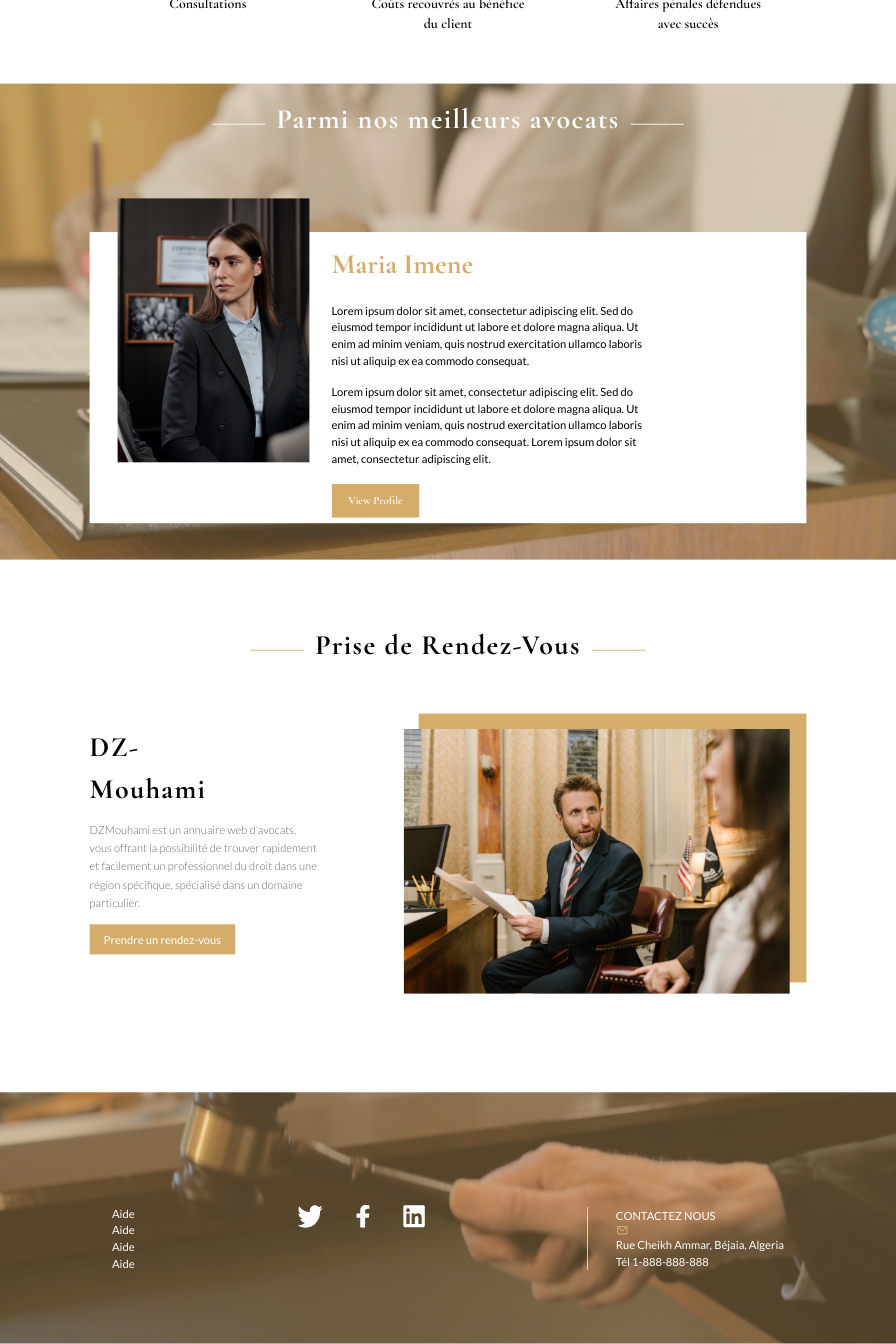
Repository: Chekrouba-Tinhinane/Mohami_dz
Page: / (app in client/)
An editor plug-in stored every save of this project. The page is shown before and after the next save, followed by the edit.
The browser window is 1280 px wide. The pictures show the part of the page from y = 2348 to 4268 px (the page is 4268 px tall), at 70% of full size.
The project was rebuilt for these pictures with package versions that can differ from the ones it lists, and the page was loaded fresh each time. Also part of the build but not shown: client/vite.config.js, client/src/SignIn.jsx, client/src/components/Selector.jsx, client/src/components/SearchContainer.jsx, client/src/Search.jsx, client/src/components/super/HomeLayout.jsx, client/src/components/Profile.jsx.

Above is the page before, as saved 2024-01-25 18:09:47.

After the next save:
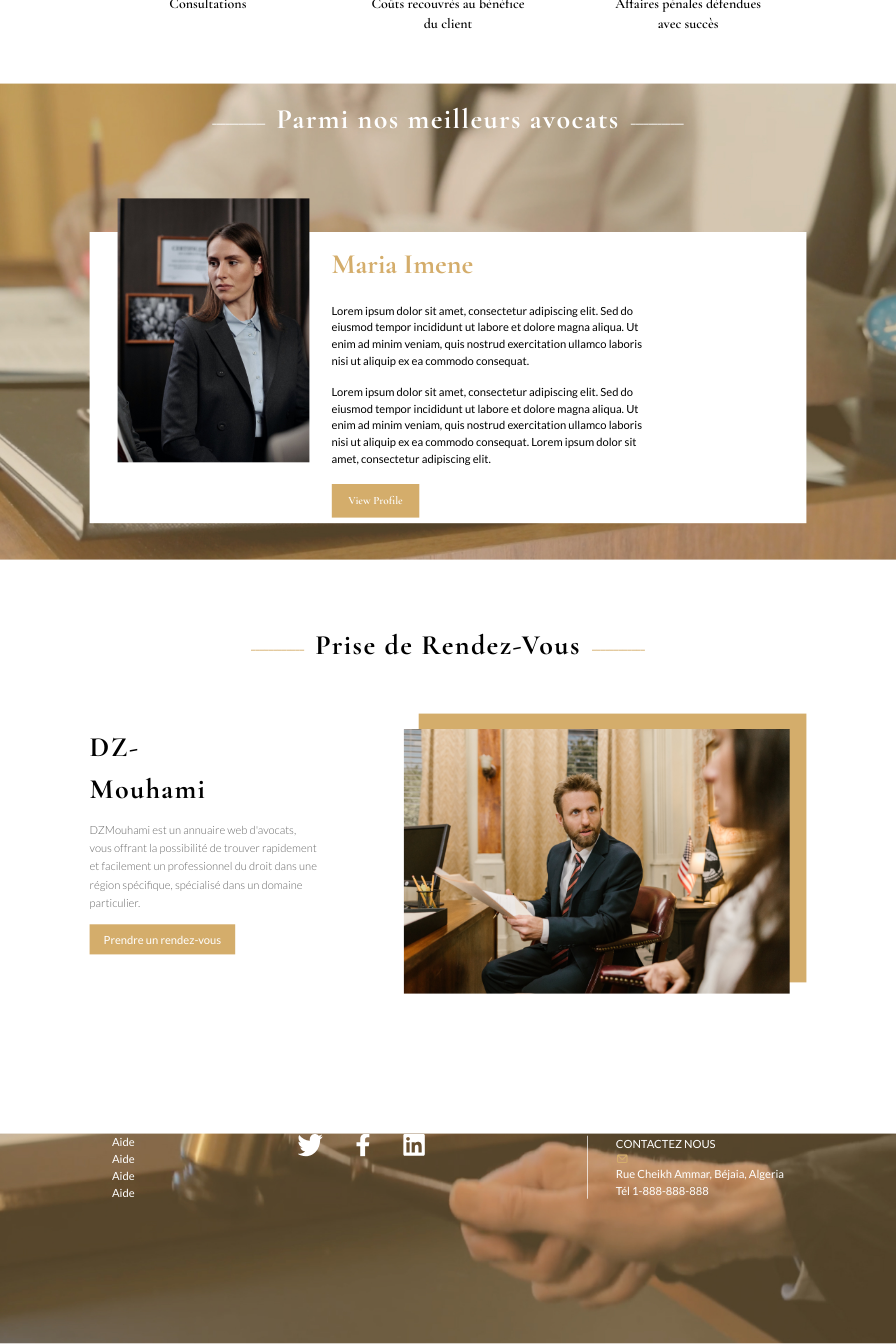
Saved 10 s later.
--- a/client/src/LandingPage.jsx
+++ b/client/src/LandingPage.jsx
@@ -272,7 +272,7 @@ function Footer() {
   return (
     <footer
       id="footer"
-      className="h-[300px] relative flex w-full justify-center items-center mt-[10rem] text-white"
+      className="h-[300px] relative flex w-full justify-center mt-[10rem] text-white"
     >
       <img src={footer} alt="" className="w-full object-cover" />
       {/* sixth section */}
